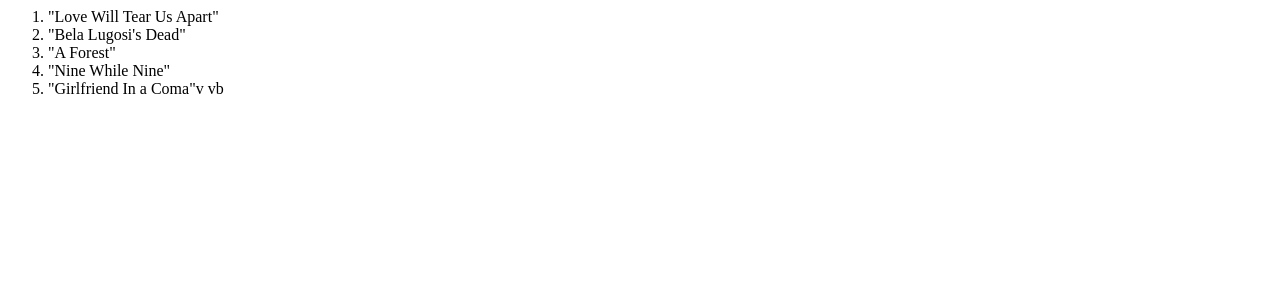
Repository: Dorycheng1989/HTML-Structure
Page: my_list.html
An editor plug-in stored every save of this project. The page is shown before and after the next save, followed by the edit.
The browser window is 1280 px wide. The pictures show the whole page.

Above is the page before, as saved 2023-03-07 20:11:27.

### my_list.html
<ol>

<li>"Love Will Tear Us Apart"</li>
<li>"Bela Lugosi's Dead"</li>
<li>"A Forest"</li>
<li>"Nine While Nine"</li>
<li>"Girlfriend In a Coma"v vb </li>

</ol>

After the next save:
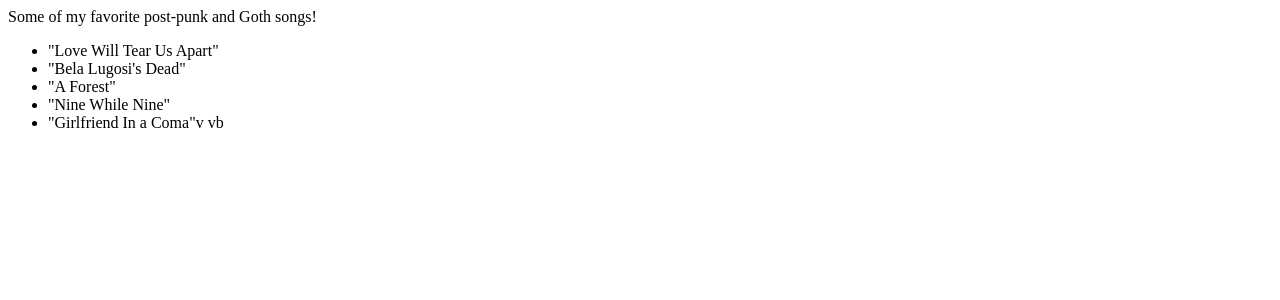
Saved 3 min 33 s later.
--- a/my_list.html
+++ b/my_list.html
@@ -1,9 +1,12 @@
-<ol>
 
-<li>"Love Will Tear Us Apart"</li>
-<li>"Bela Lugosi's Dead"</li>
-<li>"A Forest"</li>
-<li>"Nine While Nine"</li>
-<li>"Girlfriend In a Coma"v vb </li>
+<p>Some of my favorite post-punk and Goth songs! </p>
 
-</ol>
+    <ul>
+
+    <li>"Love Will Tear Us Apart"</li>
+    <li>"Bela Lugosi's Dead"</li>
+    <li>"A Forest"</li>
+    <li>"Nine While Nine"</li>
+    <li>"Girlfriend In a Coma"v vb </li>
+
+    </ul>
